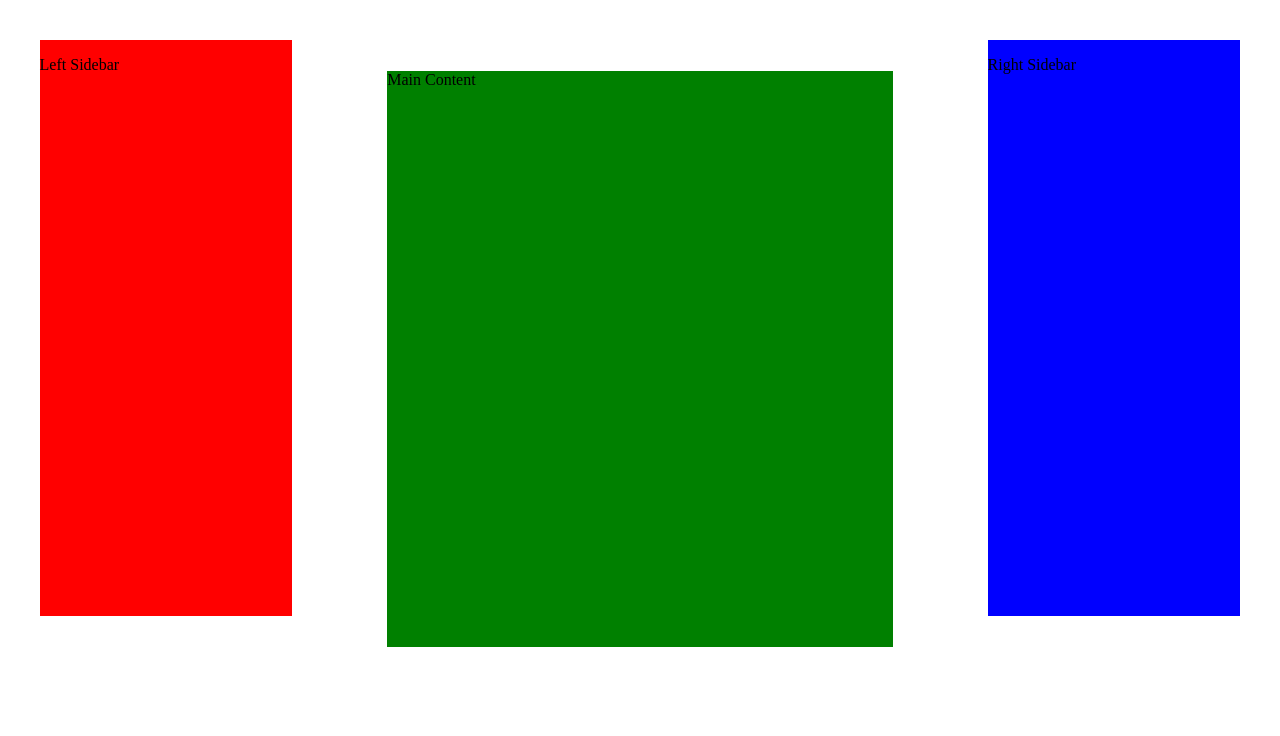
Repository: SainediAmbika/RecallingAll
Page: Angular Recalling/Flex+Grid/index.html
An editor plug-in stored every save of this project. The page is shown before and after the next save, followed by the edit.
The browser window is 1280 px wide. The pictures show the whole page.

Above is the page before, as saved 2025-05-20 12:12:29.

### Angular Recalling/Flex+Grid/index.html
<!DOCTYPE html>
<html lang="en">
<head>
    <meta charset="UTF-8">
    <meta name="viewport" content="width=device-width, initial-scale=1.0">
    <title>Flex+Grid</title>
    <link rel="stylesheet" href="app.css">
</head>
<body>
    <div class="container">
        <div class="leftSidebar" style="background-color:red"><p>Left Sidebar</p></div>
         <div class="mainContent" style="background-color:green">Main Content</div>
          <aside class="rightSidebar" style="background-color:blue"><p></p>Right Sidebar</aside>
    </div>
</body>
</html>

### Angular Recalling/Flex+Grid/app.css
.container {
  display: grid;
  grid-template-columns: 25% 50% 25%;
  height: 100vh;
}
.leftSidebar,.mainContent,.rightSidebar {
    height: 80%;
    margin: 10%;
}

After the next save:
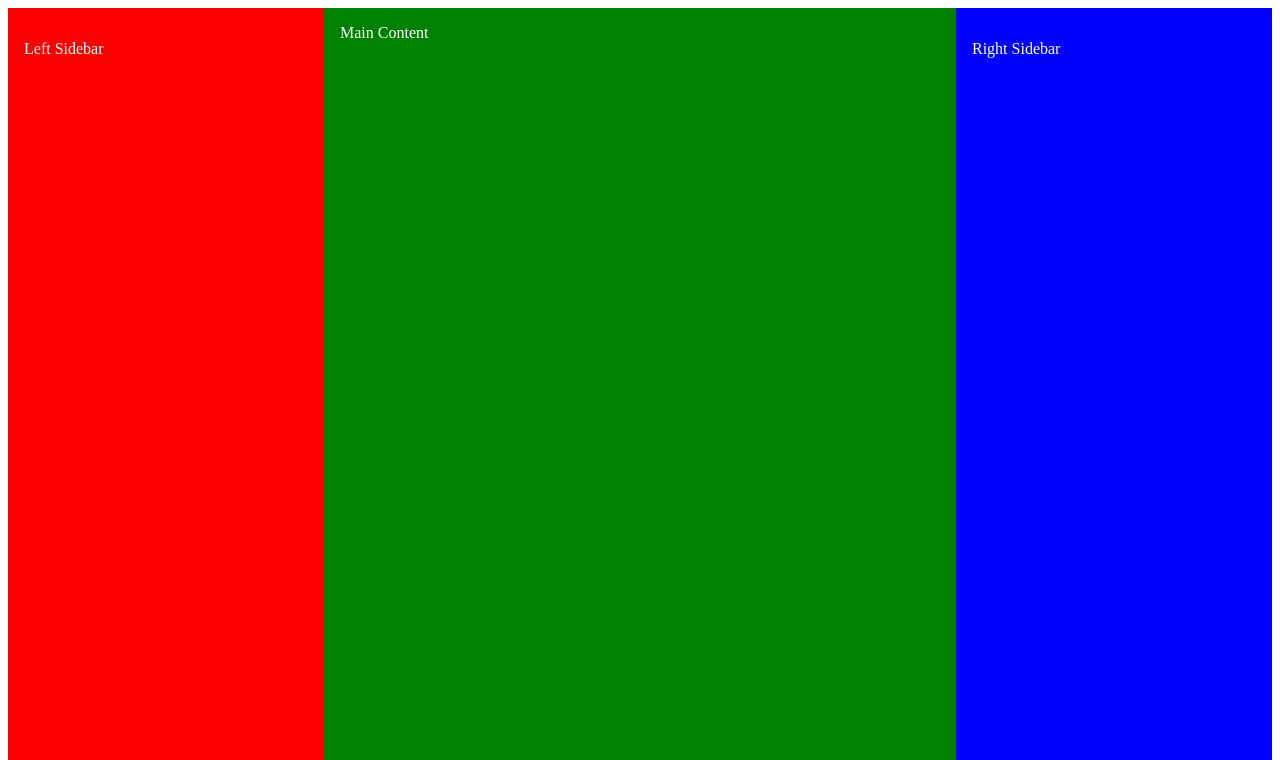
Saved 10 s later.
--- a/Angular Recalling/Flex+Grid/app.css
+++ b/Angular Recalling/Flex+Grid/app.css
@@ -3,7 +3,10 @@
   grid-template-columns: 25% 50% 25%;
   height: 100vh;
 }
-.leftSidebar,.mainContent,.rightSidebar {
-    height: 80%;
-    margin: 10%;
+.leftSidebar,
+.mainContent,
+.rightSidebar {
+  height: 100%;
+  color: white;
+  padding: 1rem;
 }

After the save that followed:
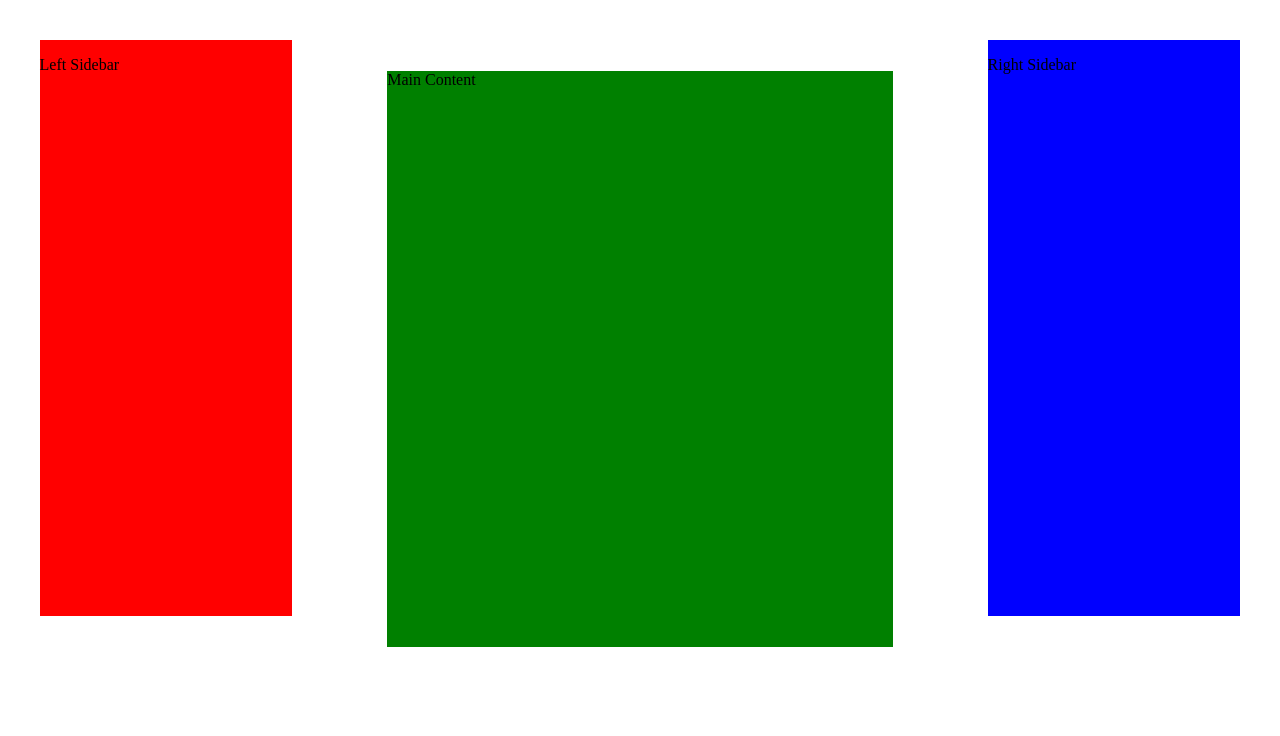
Saved 9 s later.
--- a/Angular Recalling/Flex+Grid/app.css
+++ b/Angular Recalling/Flex+Grid/app.css
@@ -3,10 +3,7 @@
   grid-template-columns: 25% 50% 25%;
   height: 100vh;
 }
-.leftSidebar,
-.mainContent,
-.rightSidebar {
-  height: 100%;
-  color: white;
-  padding: 1rem;
+.leftSidebar,.mainContent,.rightSidebar {
+    height: 80%;
+    margin: 10%;
 }
